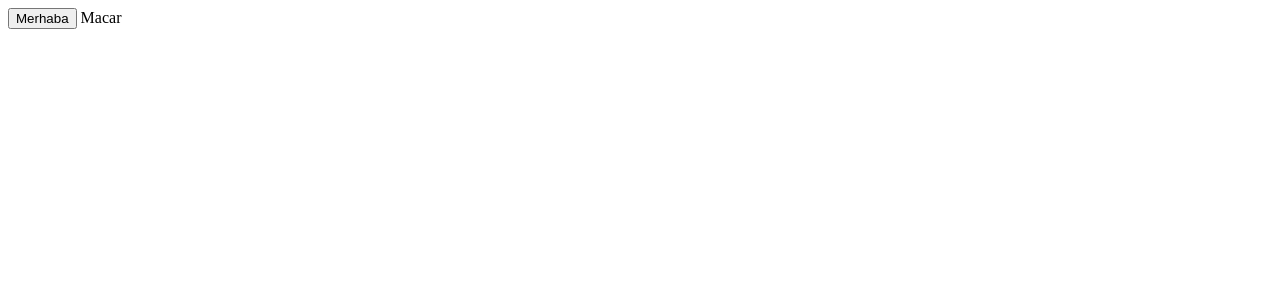
Repository: Sonvatan/Sonvatan
Page: JavaScript-Test.html
The author's editor kept a copy of each file at every save. The page is drawn from the files as they stood at one save, then again after the next save.
The browser window is 1280 px wide. The pictures show the whole page.

Above is the page before, as saved 2024-01-16 10:07:18.

After the next save:
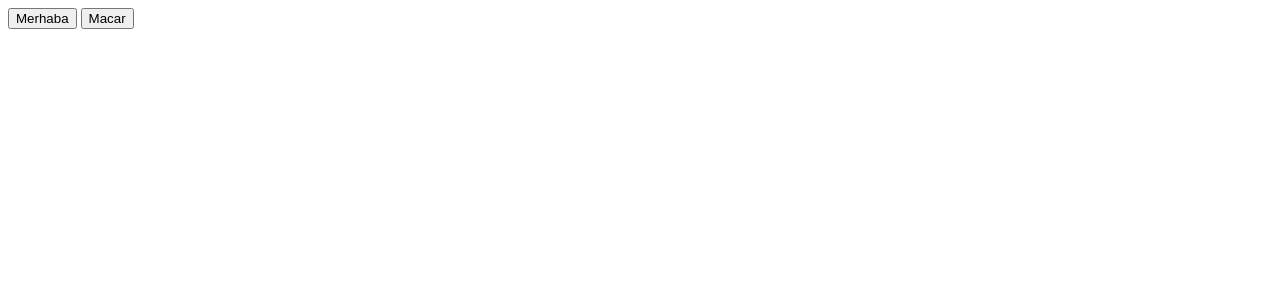
Saved 35 s later.
--- a/JavaScript-Test.html
+++ b/JavaScript-Test.html
@@ -5,7 +5,7 @@
     </head>
     <body>
         <button onclick='SonmacarTest()' >Merhaba</button>
-        <button1 onclick='SonmacarTest()' >Macar</button1>
+        <button onclick='SonmacarTest()' >Macar</button>
         <script>
             var x = 7;
 
